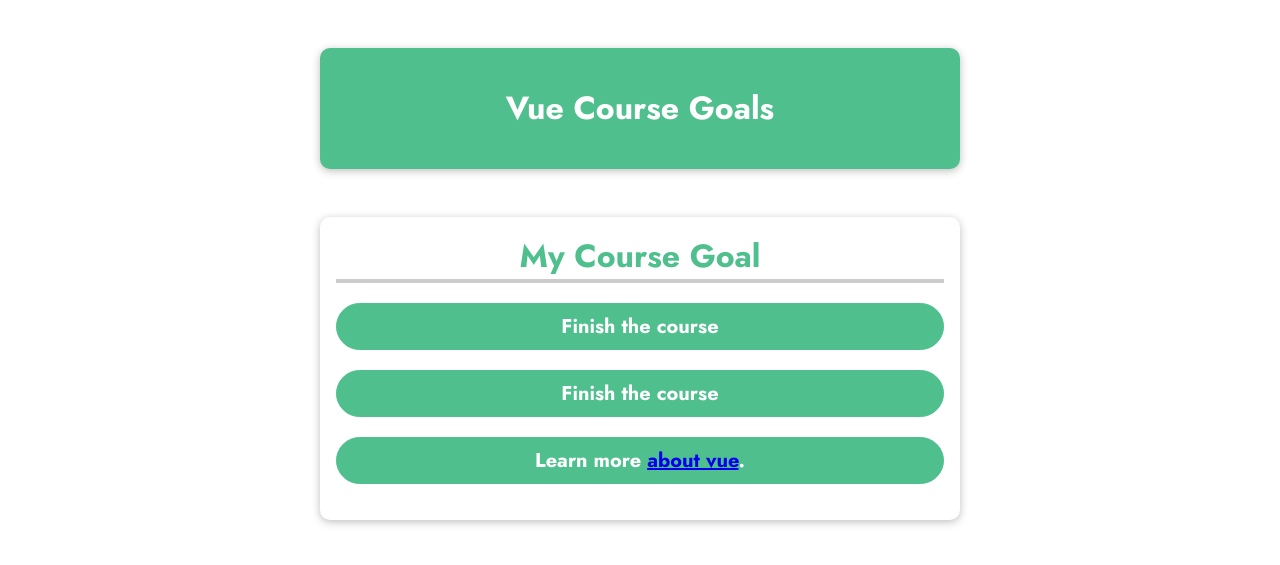
Repository: zmarkoni/Vue-The-Complete-Guide
Page: basics-01-starting-code/index.html
The author's editor kept a copy of each file at every save. The page is drawn from the files as they stood at one save, then again after a run of saves.
The browser window is 1280 px wide. The pictures show the whole page.

Above is the page before, as saved 2020-12-29 10:17:21.

After the next 2 saves:
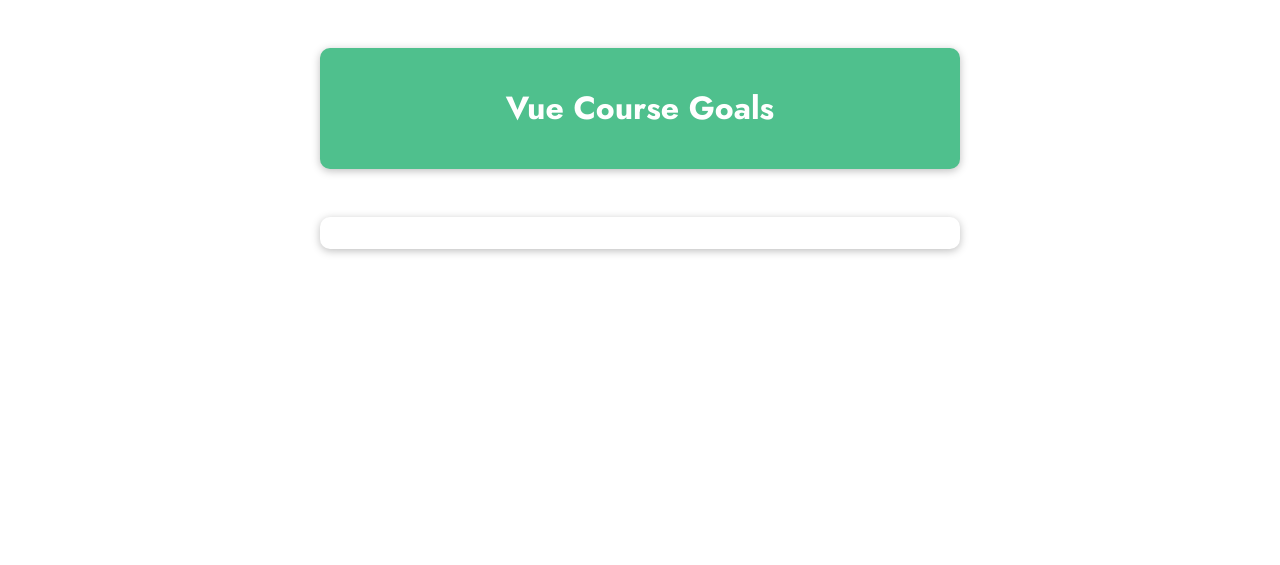
Console error: ReferenceError: rundomNumber is not defined
The 2 saves are shown as one change because they came seconds apart.
The last was saved 7 s later.
--- a/basics-01-starting-code/index.html
+++ b/basics-01-starting-code/index.html
@@ -19,7 +19,7 @@
     <section id="user-goal">
       <h2>My Course Goal</h2>
       <p>{{ courseGoal }}</p>
-      <p>{{ courseGoal }}</p>
+      <p>{{ outputGoal() }}</p>
       <p>Learn more <a v-bind:href="vueLink" target="_blank">about vue</a>.</p>
     </section>
   </body>

After the save that followed:
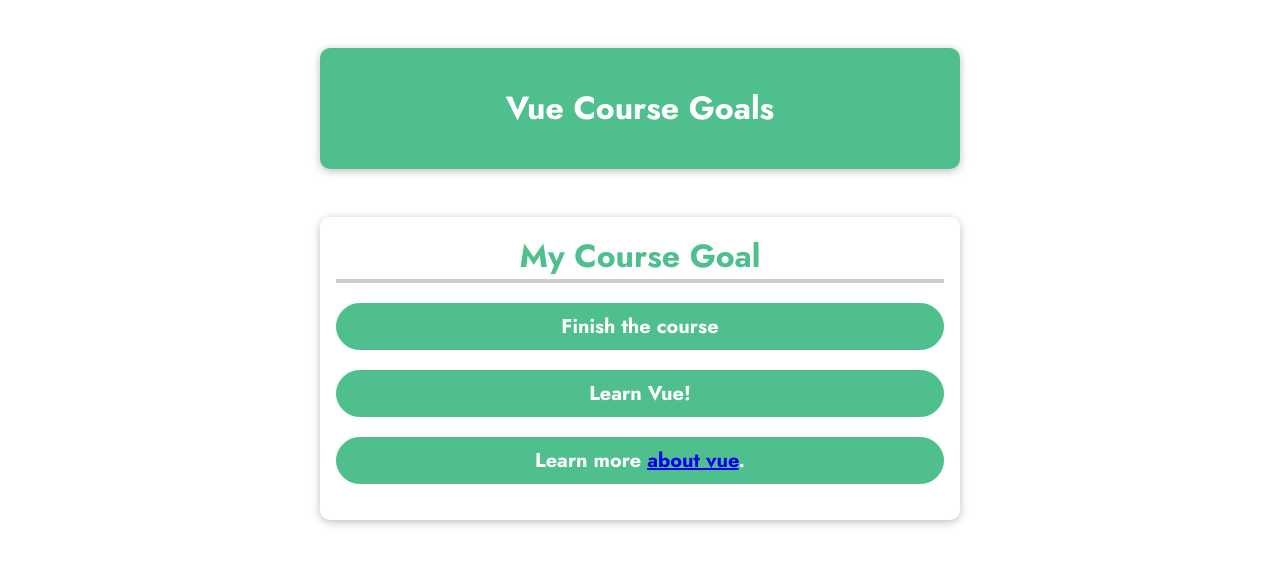
The error is gone.
Saved 11 s later.
--- a/basics-01-starting-code/app.js
+++ b/basics-01-starting-code/app.js
@@ -8,7 +8,7 @@ const app = Vue.createApp({
     methods: {
         outputGoal() {
             const randomNumber = Math.random();
-            if (rundomNumber < 0.5 ) {
+            if (randomNumber < 0.5 ) {
                 return 'Learn Vue!'
             } else {
                 return 'Master vue!'
